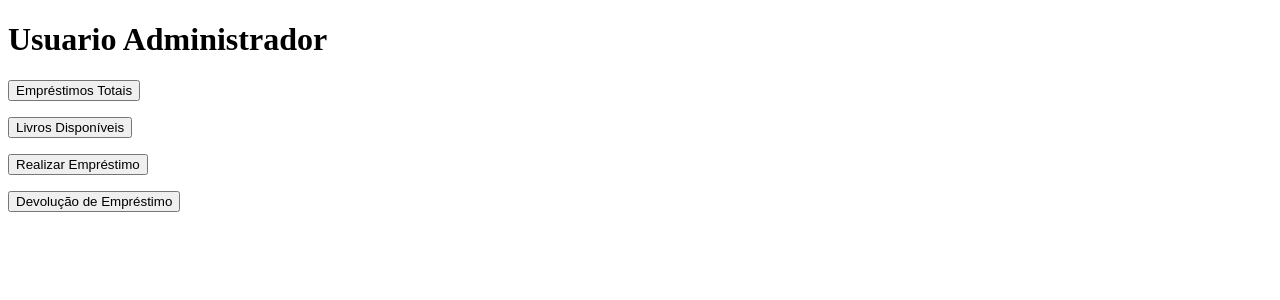
Repository: lmsmorais/ProjectEpiousion
Page: http://localhost/LibraryProject/jsp/usuarioAdmin.jsp
The author's editor kept a copy of each file at every save. The page is drawn from the files as they stood at one save, then again after the next save.
The browser window is 1280 px wide. The pictures show the whole page.
The page is served by Tomcat 9. Other server files are loaded and not shown.

Above is the page before, as saved 2020-11-09 20:02:28.

### LibraryProject/WebContent/jsp/usuarioAdmin.jsp
<%@ page language="java" contentType="text/html; charset=UTF-8"
    pageEncoding="UTF-8"%>
<!DOCTYPE html>
<html>
<head>
<meta charset="UTF-8">
<title>Usuario Administrador</title>
</head>
<body>
	<h1>Usuario Administrador</h1>

	<A HREF='${pageContext.request.contextPath}/jsp/EmprestimosUsuarioAdmin.jsp'><button>Empréstimos Totais</button></A>
	<p>
	<A HREF='${pageContext.request.contextPath}/jsp/LivrosDisponiveis.jsp'><button>Livros Disponíveis</button></A>
	<p>
	<A HREF='${pageContext.request.contextPath}/jsp/RealizarEmprestimo.jsp'><button>Realizar Empréstimo</button></A>
	<p>
	<A HREF='${pageContext.request.contextPath}/jsp/Devolucao.jsp'><button>Devolução de Empréstimo</button></A>


</body>
</html>

After the next save:
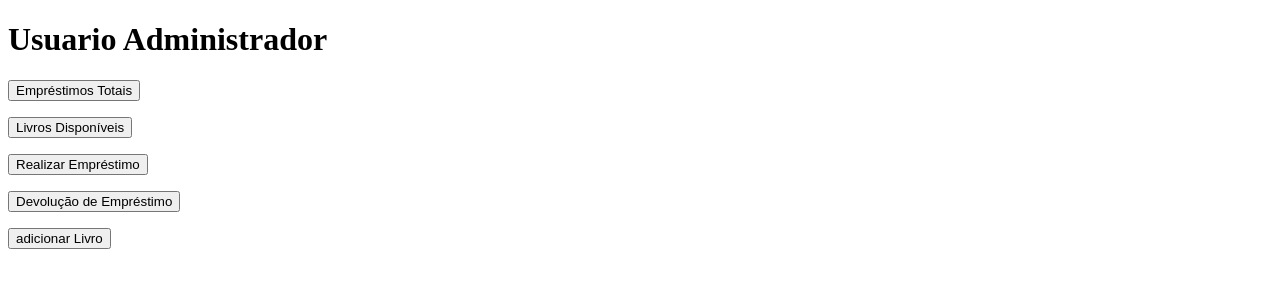
Saved 49 s later.
--- a/LibraryProject/WebContent/jsp/usuarioAdmin.jsp
+++ b/LibraryProject/WebContent/jsp/usuarioAdmin.jsp
@@ -16,6 +16,8 @@
 	<A HREF='${pageContext.request.contextPath}/jsp/RealizarEmprestimo.jsp'><button>Realizar Empréstimo</button></A>
 	<p>
 	<A HREF='${pageContext.request.contextPath}/jsp/Devolucao.jsp'><button>Devolução de Empréstimo</button></A>
+	<p>
+	<A HREF='${pageContext.request.contextPath}/jsp/\adicionarLivro.jsp'><button>adicionar Livro</button></A>
 
 
 </body>
